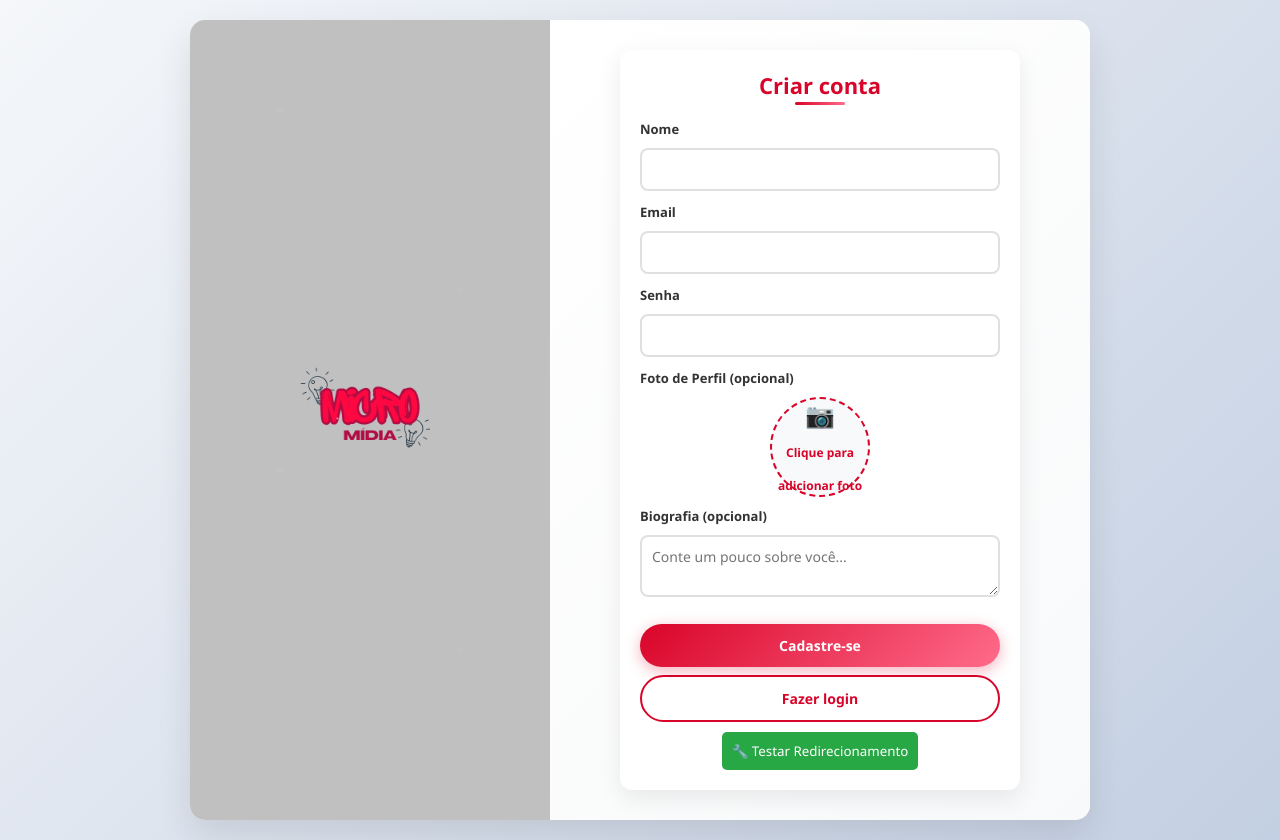
Repository: annaluizapm/MicroMidia
Page: front/HTML/cadastro.html
An editor plug-in stored every save of this project. The page is shown before and after the next save, followed by the edit.
The browser window is 1280 px wide. The pictures show the whole page.

Above is the page before, as saved 2025-09-09 16:51:36.

After the next save:
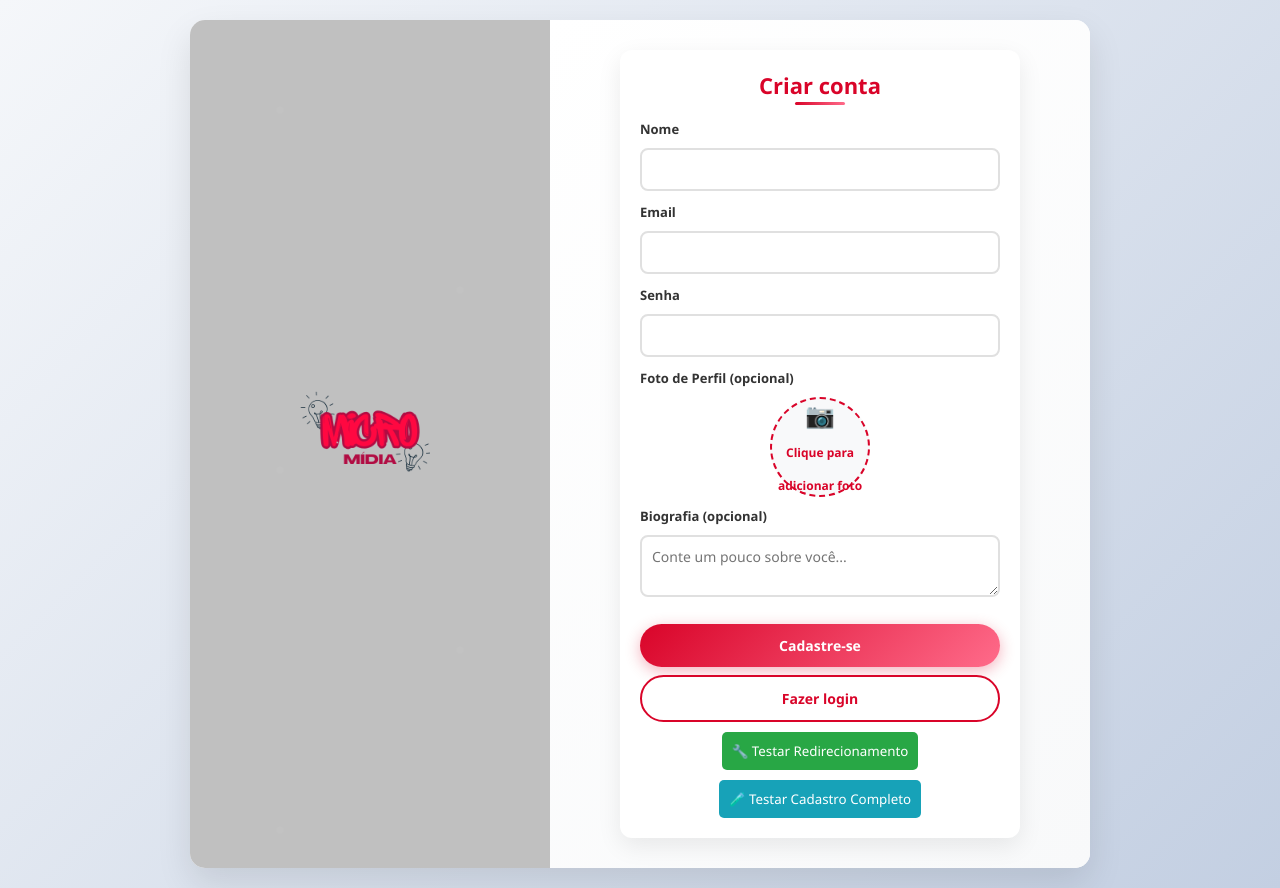
Saved 14 s later.
--- a/front/HTML/cadastro.html
+++ b/front/HTML/cadastro.html
@@ -41,6 +41,7 @@
                     <button type="button" class="btn-secondary" onclick="window.location.href='login.html'">Fazer login</button>
                     <!-- Botão de teste para debug -->
                     <button type="button" onclick="testarRedirecionamento()" style="background: #28a745; color: white; padding: 10px; margin-top: 10px; border: none; border-radius: 5px; cursor: pointer;">🔧 Testar Redirecionamento</button>
+                    <button type="button" onclick="testarCadastroCompleto()" style="background: #17a2b8; color: white; padding: 10px; margin-top: 10px; border: none; border-radius: 5px; cursor: pointer;">🧪 Testar Cadastro Completo</button>
                 </form>
             </div>
         </div>
